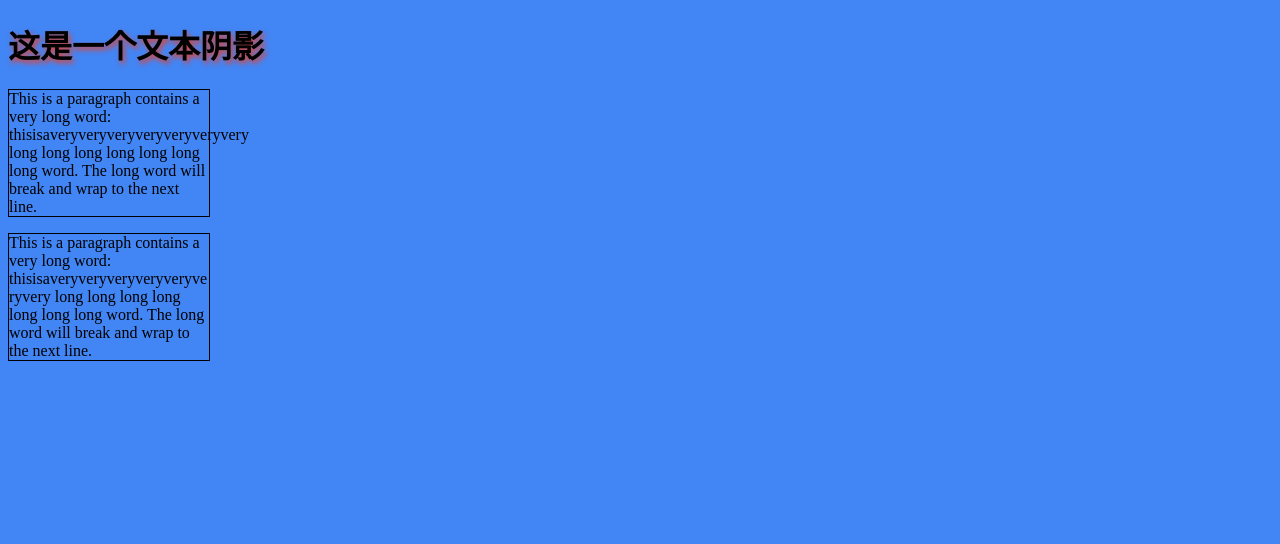
Repository: LstHeart/html-learning
Page: css3/文本阴影.html
The author's editor kept a copy of each file at every save. The page is drawn from the files as they stood at one save, then again after the next save.
The browser window is 1280 px wide. The pictures show the whole page.

Above is the page before, as saved 2021-01-11 22:31:42.

### css3/文本阴影.html
<!DOCTYPE html>
<html lang="en">
  <head>
    <meta charset="UTF-8" />
    <meta name="viewport" content="width=device-width, initial-scale=1.0" />
    <meta http-equiv="X-UA-Compatible" content="ie=edge" />
    <title>Document</title>
    <style>
      body {
        background-color: #4285f4;
      }
      h1 {
        text-shadow: 2px 3px 5px #db4437;
      }
      p {
        width: 200px;
        border: 1px solid;

      }
      .test{
        -ms-word-wrap: break-word;
        word-wrap: break-word;
      }
    </style>
  </head>
  <body></body>
  <h1>这是一个文本阴影</h1>
  <p>
    This is a paragraph contains a very long word:
    thisisaveryveryveryveryveryveryvery long long long long long long long word.
    The long word will break and wrap to the next line.
  </p>
  <p class="test">
    This is a paragraph contains a very long word:
    thisisaveryveryveryveryveryveryvery long long long long long long long word.
    The long word will break and wrap to the next line.
  </p>
</html>

After the next save:
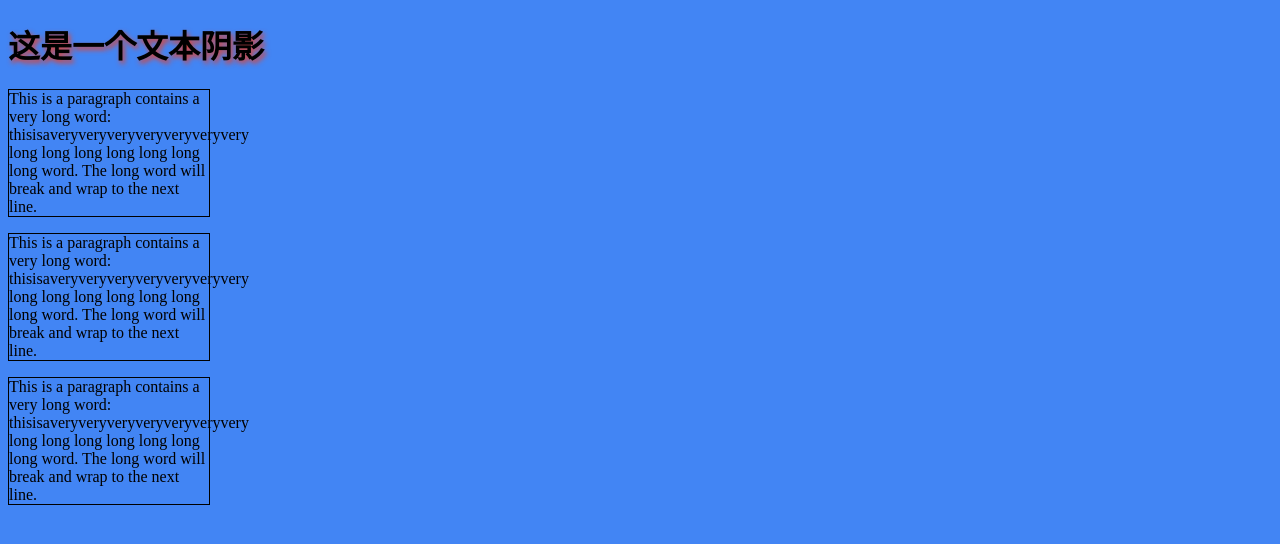
Saved 2 min 30 s later.
--- a/css3/文本阴影.html
+++ b/css3/文本阴影.html
@@ -30,7 +30,12 @@
     thisisaveryveryveryveryveryveryvery long long long long long long long word.
     The long word will break and wrap to the next line.
   </p>
-  <p class="test">
+  <p class="test1">
+    This is a paragraph contains a very long word:
+    thisisaveryveryveryveryveryveryvery long long long long long long long word.
+    The long word will break and wrap to the next line.
+  </p>
+  <p class="test2">
     This is a paragraph contains a very long word:
     thisisaveryveryveryveryveryveryvery long long long long long long long word.
     The long word will break and wrap to the next line.
